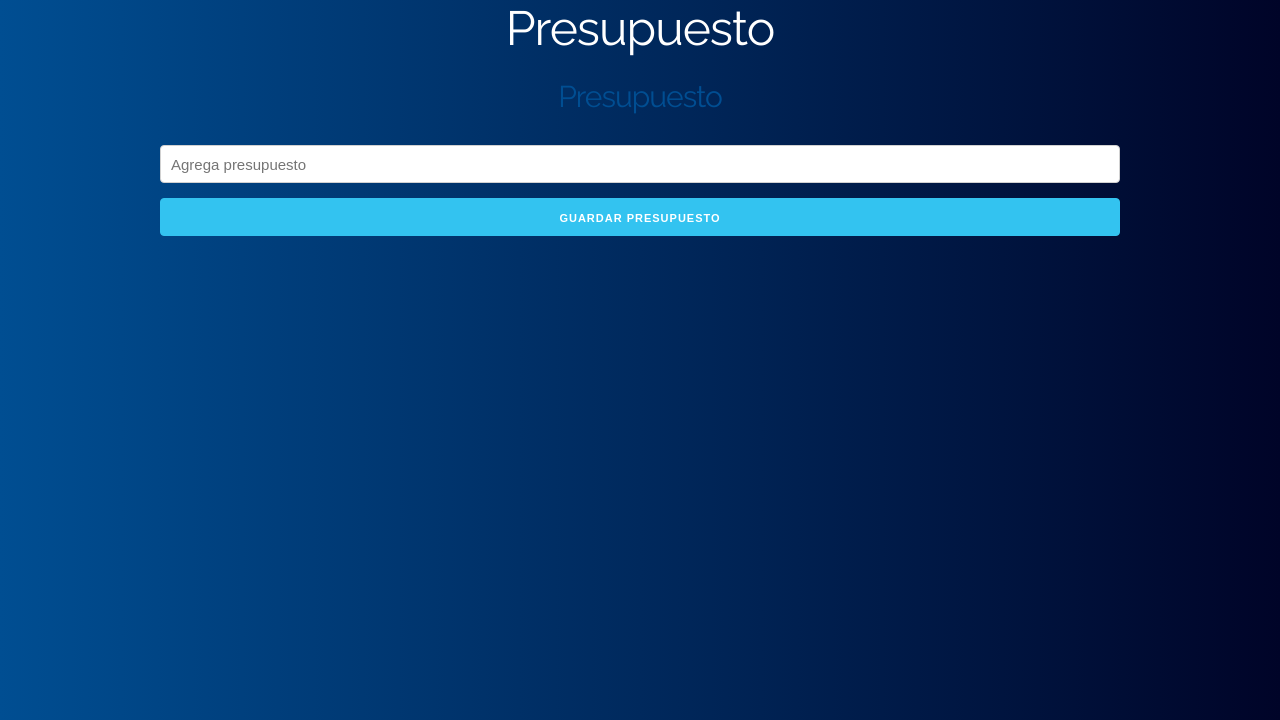
Repository: harrycampaz/presupuestos-react-hokks
Page: /
These files come from the project's save history. The page is drawn as it stood at one moment and after the next save; the edit follows.
The browser window is 1280 px wide. The pictures show the whole page.
The project was rebuilt for these pictures with package versions that can differ from the ones it lists, and the page was loaded fresh each time.

Above is the page before, as saved 2020-01-21 13:54:54.

After the next save:
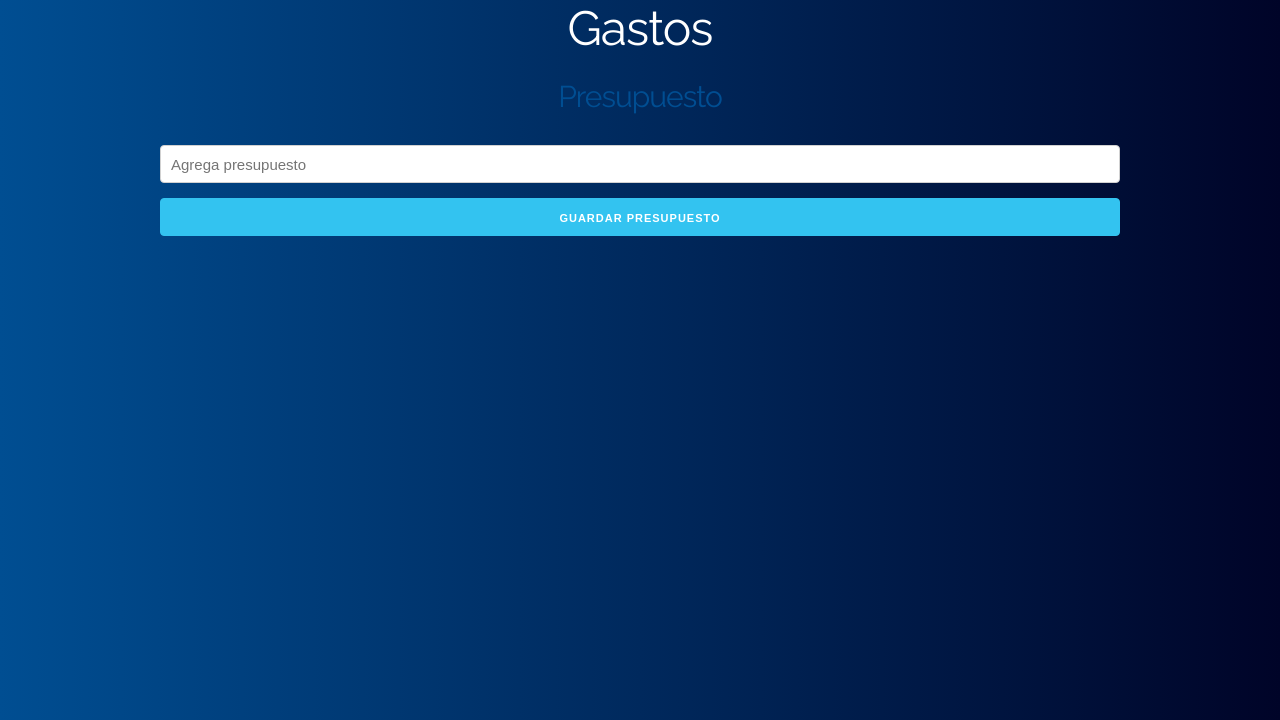
Saved 11 s later.
--- a/src/App.js
+++ b/src/App.js
@@ -6,7 +6,7 @@ import Main from './components/Main';
 function App() {
   return (
     <div className="App container">
-     <Header titulo = "Presupuesto"/>
+     <Header titulo = "Gastos"/>
      <Main/>
     </div>
   );
